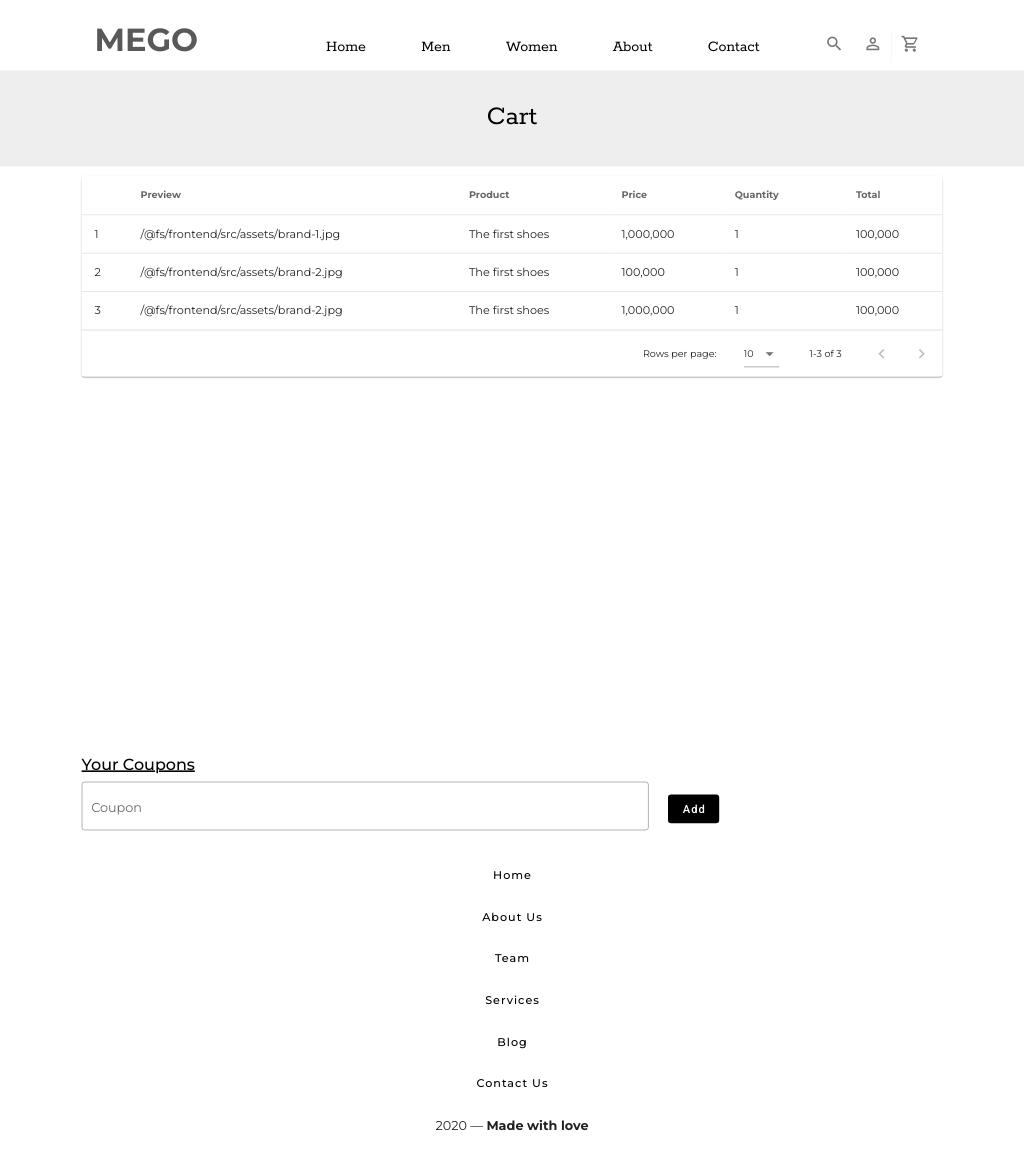
Repository: nguyenphuong152/shoesstore
Page: /cart (app in frontend/)
The author's editor kept a copy of each file at every save. The page is drawn from the files as they stood at one save, then again after the next save.
The browser window is 1280 px wide. The pictures show the whole page, at 80% of full size.
The project was rebuilt for these pictures with package versions that can differ from the ones it lists, and the page was loaded fresh each time. Also part of the build but not shown: frontend/vue.config.js, frontend/src/components/Customer/Collection.vue, frontend/src/components/Customer/Banner.vue, frontend/src/components/Customer/BestSeller.vue, frontend/src/components/Customer/Partner.vue, frontend/src/views/Customer/Home.vue, frontend/src/components/Customer/ProductCategory.vue, frontend/src/components/Customer/ProductView.vue and 10 more. Imported but missing from the stored project, and not drawn on this page: frontend/src/views/Admin/Category.vue, frontend/src/views/Admin/ManageProduct.vue, frontend/src/views/Admin/ManageUser.vue, frontend/src/views/Admin/OrderList.vue.

Above is the page before, as saved 2020-11-28 10:14:56.

### frontend/public/index.html
<!DOCTYPE html>
<html lang="en">
  <head>
    <meta charset="utf-8">
    <head>
      <title>MEGO</title>
    </head>
    <meta http-equiv="X-UA-Compatible" content="IE=edge">
    <meta name="viewport" content="width=device-width,initial-scale=1.0">
    <link rel="icon" href="<%= BASE_URL %>favicon.ico">
    <title><%= htmlWebpackPlugin.options.title %></title>
    <link href="https://fonts.googleapis.com/css?family=Montserrat:300,400,500,600,700" rel="stylesheet">
    <link href="https://fonts.googleapis.com/css?family=Rokkitt:100,300,400,700" rel="stylesheet">
    <link rel="stylesheet" href="https://fonts.googleapis.com/css?family=Roboto:100,300,400,500,700,900">
    <link rel="stylesheet" href="https://cdn.jsdelivr.net/npm/@mdi/font@latest/css/materialdesignicons.min.css">
  </head>
  <body>
    <noscript>
      <strong>We're sorry but <%= htmlWebpackPlugin.options.title %> doesn't work properly without JavaScript enabled. Please enable it to continue.</strong>
    </noscript>
    <div id="app"></div>
    <!-- built files will be auto injected -->
  </body>
</html>

### frontend/src/main.js
import Vue from 'vue'
import App from './App.vue'
import vuetify from './plugins/vuetify';
import router from './router'
import '../sass/style.scss'
import 'bootstrap/dist/css/bootstrap.css'
import 'bootstrap-vue/dist/bootstrap-vue.css'
import { BootstrapVue, IconsPlugin } from 'bootstrap-vue'

Vue.use(BootstrapVue)
// Optionally install the BootstrapVue icon components plugin
Vue.use(IconsPlugin)
Vue.config.productionTip = false

new Vue({
  vuetify,
  router,
  render: h => h(App)
}).$mount('#app')

### frontend/src/App.vue
<template>
  <v-app app>
    <v-container v-if="!['Admin', 'Banner', 'Category','Product','ManageUser','OrderList','Dashboard'].includes($route.name)">
      <Toolbar />
    </v-container>
    <v-main>
      <router-view></router-view>
    </v-main>
      <Footer v-if="!['Admin', 'Banner', 'Category','Product','ManageUser','OrderList','Dashboard'].includes($route.name)"/>
  </v-app>

</template>

<script>

import Footer from "./components/Customer/Footer";
import Toolbar from "./components/Customer/Toolbar";

export default {
  name: "App",

  components: {
    Toolbar,
    Footer
  },

  data: () => ({
    //
  }),
};
</script>

### frontend/src/plugins/vuetify.js
import Vue from 'vue';
import Vuetify from 'vuetify/lib';


Vue.use(Vuetify);

const vuetify = new Vuetify({
    theme: {
      themes: {
        light: {
          primary: '#000',
          secondary: '#b0bec5',
          accent: '#8c9eff',
          error: '#b71c1c',
        },
      },
    },
  })

export default new Vuetify({
    vuetify,
});

### frontend/src/router/index.js
import Vue from "vue";
import VueRouter from "vue-router";
import Home from "../views/Customer/Home.vue";
import Men from "../views/Customer/Men.vue";
import Women from "../views/Customer/Women.vue";
import Admin from "../views/Admin/Admin.vue";
import Product from "../views/Admin/ManageProduct.vue";
import Banner from "../views/Admin/Banner.vue";
import Category from "../views/Admin/Category.vue";
import ManageUser from "../views/Admin/ManageUser.vue";
import OrderList from "../views/Admin/OrderList.vue";
import Dashboard from "../views/Admin/Dashboard.vue"
//import ProductDetail from "../views/ProductDetail.vue"

Vue.use(VueRouter);

const routes = [
  {
    path: "/",
    name: "Home",
    component: Home,
  },
  {
    path: "/men",
    name: "Men",
    component: Men,
  },
  {
    path: "/women",
    name: "Women",
    component: Women,
  },
  {
    path: "/about",
    name: "About",
    // route level code-splitting
    // this generates a separate chunk (about.[hash].js) for this route
    // which is lazy-loaded when the route is visited.
    component: () =>
      import(/* webpackChunkName: "about" */ "../views/Customer/About.vue"),
  },
  {
    path: "/contact",
    name: "Contact",
    component: () =>
      import(/* webpackChunkName: "about" */ "../views/Customer/Contact.vue"),
  },
  {
    path: "/cart",
    name: "Cart",
    component: () =>
      import(/* webpackChunkName: "about" */ "../views/Customer/Cart.vue"),
  },
  {
    path: "/account",
    name: "Account",
    component: () =>
      import(/* webpackChunkName: "about" */ "../views/Customer/Account.vue"),
  },
  {
    path: "/userlogin",
    name: "UserLogin",
    component: () =>
      import(/* webpackChunkName: "about" */ "../views/Customer/UserLogin.vue"),
  },
  {
    path: "/checkout",
    name: "Checkout",
    component: () =>
      import(/* webpackChunkName: "about" */ "../views/Customer/Checkout.vue"),
  },
  {
    path: "/product/:id",
    name: "ProductDetail",
    component: () =>
      import(/* webpackChunkName: "about" */ "../views/Customer/ProductDetail.vue"),
  },
  {
    path: "/admin",
    name: "Admin",
    component: Admin,
    children: [
      {
        path: "/banner",
        name: "Banner",
        component: Banner,
      },
      {
        path: "/category",
        name: "Category",
        component: Category,
      },
      {
        path: "/product",
        name: "Product",
        component: Product,
      },
      {
        path: "/manageuser",
        name: "ManageUser",
        component: ManageUser,
      },
      {
        path: "/orderlist",
        name: "OrderList",
        component: OrderList,
      },
      {
        path: "/dashboard",
        name: "Dashboard",
        component: Dashboard,
      },
    ],
  },
];

const router = new VueRouter({
  mode: "history",
  base: process.env.BASE_URL,
  routes,
});

export default router;

### frontend/sass/style.scss

$font-primary: 'Montserrat',
Arial,
sans-serif;
$font-secondary: 'Rokkitt',
Georgia,
serif;


@import '~vuetify/src/styles/styles.sass';

// Overrides
$grid-gutter-width: 20px !default;
$border-radius-base: 4px !default;
$padding-base-vertical: 14px !default;

$brand-primary: #616161 !default;
$brand-secondary: #88c8bc !default;
$brand-yellow: #FFDD00 !default;
$brand-footer-color: #2C2E3E;

$brand-white: #fff;
$brand-black: #000;
$brand-darker: #444;
$brand-gray: #ccc;
$brand-lighter: #e9e9e9;
$brand-body-color: #e8e8e8;
$brand-selection-color: #f9f6f0;
$brand-overlay-color: #4c4a8a;
$brand-bg-color: $brand-white;

.v-btn {
  text-transform:none !important;
}
// .v-text-field{
//   width: 50px;
//   height: 10px;
// }

#app {
  -webkit-font-smoothing: antialiased;
  -moz-osx-font-smoothing: grayscale;

  text-align: center;
  .container {
    max-width: 1100px;
  }
  font: 300
}

.nav {
  padding-left: 0px;
  a {
    font-size: 20px;
    color: lighten($brand-black,35%);
    font-family: $font-secondary;
    text-decoration: none;
    font-weight: 500;
    &.router-link-exact-active {
      color: #42b983;
    }

  }
}

#logo {
  font-size: 40px;
  font-weight: 700;
  font-family: $font-primary;
  color: lighten($brand-black, 35%);
}


.slogan {
  font-size: 50px;
  color: #2c3e50;
  font-family: $font-secondary;
  text-decoration: none;
}

.title-collection{
  @extend .slogan;
  font-size: 25px;
}


.slogan-3 {
  @extend .slogan;
  font-size: 35px;
}

.title-shoes {
  @extend .slogan;
  font-size: 20px;
}


.footer-text {
  font-family:$font-primary;
  font-size: 16px;
}

.admin {
  font-family: $font-primary;
  font-size:16px;
}

.admin-nav {
  font-family: $font-primary !important;
  font-size: 20px !important;
  color: white !important;
}

### frontend/src/components/Customer/Footer.vue
<template>
  <v-footer class="white" padless>
    <v-row justify="center" no-gutters>
      <v-btn
        v-for="link in links"
        :key="link"
        color="black"
        text
        rounded
        class="my-2 footer-text"
      >
        {{ link }}
      </v-btn>
      <v-col class="white py-4 text-center fluid footer-text" cols="12">
        {{ new Date().getFullYear() }} — <strong>Made with love</strong>
      </v-col>
    </v-row>
  </v-footer>
</template>

<script>
export default {
  data: () => ({
    links: ["Home", "About Us", "Team", "Services", "Blog", "Contact Us"],
  }),
};
</script>

<style></style>

### frontend/src/components/Customer/Toolbar.vue
<template>
  <v-toolbar flat>
    <v-row class="d-flex align-baseline">
      <v-col cols="3" class="d-flex justify-lg-start">
        <v-toolbar-title id="logo">MEGO</v-toolbar-title>
      </v-col>
      <v-col class="d-flex justify-space-around text-start nav">
        <router-link to="/">Home</router-link>
        <router-link to="/men">Men</router-link>
        <router-link to="/women">Women</router-link>
        <router-link to="/about">About</router-link>
        <router-link to="/contact">Contact</router-link>
      </v-col>
      <v-col cols="2" class="d-flex justify-end">
        <v-btn icon>
          <v-icon>mdi-magnify</v-icon>
        </v-btn>
        <v-menu
          open-on-hover
          top
          offset-y
          :position-x="960"
          :position-y="230"
          absolute
        >
          <template v-slot:activator="{ on, attrs }">
            <v-btn icon v-bind="attrs" v-on="on">
              <v-icon>mdi-account-outline</v-icon>
            </v-btn>
          </template>

          <v-list class="text-start nav">
            <v-list-item v-for="(item, index) in routes" :key="index" :to="item.path">
              <v-list-item-title>{{ item.name }}</v-list-item-title>
            </v-list-item>
          </v-list>
        </v-menu>
        <v-divider vertical inset></v-divider>
        <v-btn icon @click="goToCart">
          <v-icon>mdi-cart-outline</v-icon>
        </v-btn>
      </v-col>
    </v-row>
  </v-toolbar>
</template>

<script>
export default {
  data: () => ({
    routes: [
      {
        path:"/checkout",
        name:"Check Out"
       },
       {
        path:"/account",
        name:"My Account"
       },
       {
        path:"/userlogin",
        name:"User Login"
       },

    ],
  }),
  methods: {
     goToCart: function() {
     this.$router.push({name: 'Cart'})
     }
  }
};
</script>

<style></style>

### frontend/src/views/Customer/Cart.vue
<template>
  <div class="cart app">
    <v-sheet color="grey lighten-3" height="120">
      <v-container py-8>
        <a class="slogan-3">Cart</a>
      </v-container>
    </v-sheet>
    <div>
      <v-container>
        <v-row>
          <totalProducts />
           <addCoupons />
        </v-row>
        <v-row>

        </v-row>
      </v-container>
    </div>
  </div>
</template>

<script>
import totalProducts from "../../components/Customer/TotalProducts";
import addCoupons from "../../components/Customer/AddCoupon";

export default {
  components: { totalProducts, addCoupons },
  data() {},
};
</script>

### frontend/src/components/Customer/TotalProducts.vue
<template>
  <div id="app">
    <v-app id="inspire">
      <v-data-table :headers="headers" :items="products" class="elevation-1 admin">
        <template v-slot:item.preview>
          <v-img
            lazy-src="item.path"
            max-height="100"
            max-width="100"
            src="'item.path'"
          ></v-img>
        </template>
      </v-data-table>
    </v-app>
  </div>
</template>

<script>
export default {
  data() {
    return {
      headers: [
        {
          text: "",
          align: "start",
          sortable: false,
          value: "id",
        },
        { text: "Preview", value: "path" },
        { text: "Product", value: "name" },
        { text: "Price", value: "price" },
        { text: "Quantity", value: "quantity" },
        { text: "Total", value: "total" },
      ],
      products: [
        {
          id: 1,
          path: require('../../assets/brand-1.jpg'),
          name: "The first shoes",
          price: Intl.NumberFormat('en-EN', { maximumSignificantDigits: 3 }).format(1000000),
          quantity: 1,
          total: Intl.NumberFormat('en-EN', { maximumSignificantDigits: 3 }).format(100000),
        },
        {
          id: 2,
          path: require('../../assets/brand-2.jpg'),
          name: "The first shoes",
          price:Intl.NumberFormat('en-EN', { maximumSignificantDigits: 3 }).format(100000),
          quantity: 1,
          total: Intl.NumberFormat('en-EN', { maximumSignificantDigits: 3 }).format(100000)
        },
        {
         id: 3,
          path: require('../../assets/brand-2.jpg'),
          name: "The first shoes",
          price: Intl.NumberFormat('en-EN', { maximumSignificantDigits: 3 }).format(1000000),
          quantity: 1,
          total:Intl.NumberFormat('en-EN', { maximumSignificantDigits: 3 }).format(100000),
        },
      ],
    };
  },
};
</script>

<style></style>

### frontend/src/components/Customer/AddCoupon.vue
<template>
  <div class="app text-start pt-0">
      <a class="admin-nav font-weight-medium black--text">Your Coupons</a>
      <v-row class="d-flex align-baseline">
           <v-col
          cols="8"
        >
          <v-text-field
          class="admin"
            label="Coupon"
            outlined
          ></v-text-field>
        </v-col>
         <v-col
        >
           <v-btn
      depressed
      color="primary"
    >
      Add
    </v-btn>
        </v-col>
      </v-row>
  </div>
</template>

<script>
export default {

}
</script>

<style>

</style>

After the next save:
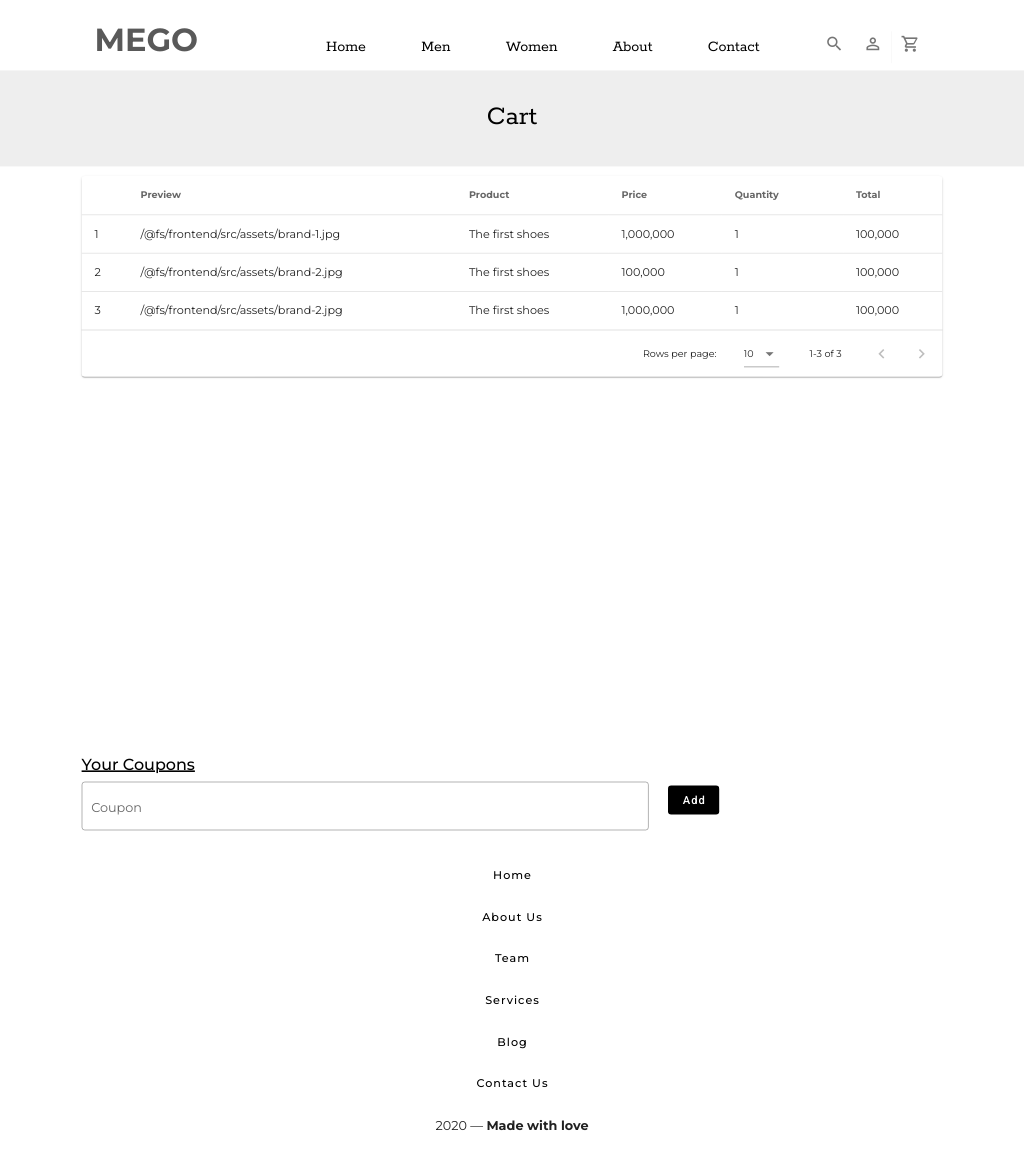
Saved 18 s later.
--- a/frontend/src/components/Customer/AddCoupon.vue
+++ b/frontend/src/components/Customer/AddCoupon.vue
@@ -1,7 +1,7 @@
 <template>
-  <div class="app text-start pt-0">
+  <div class="app text-start">
       <a class="admin-nav font-weight-medium black--text">Your Coupons</a>
-      <v-row class="d-flex align-baseline">
+      <v-row >
            <v-col
           cols="8"
         >

After the save that followed:
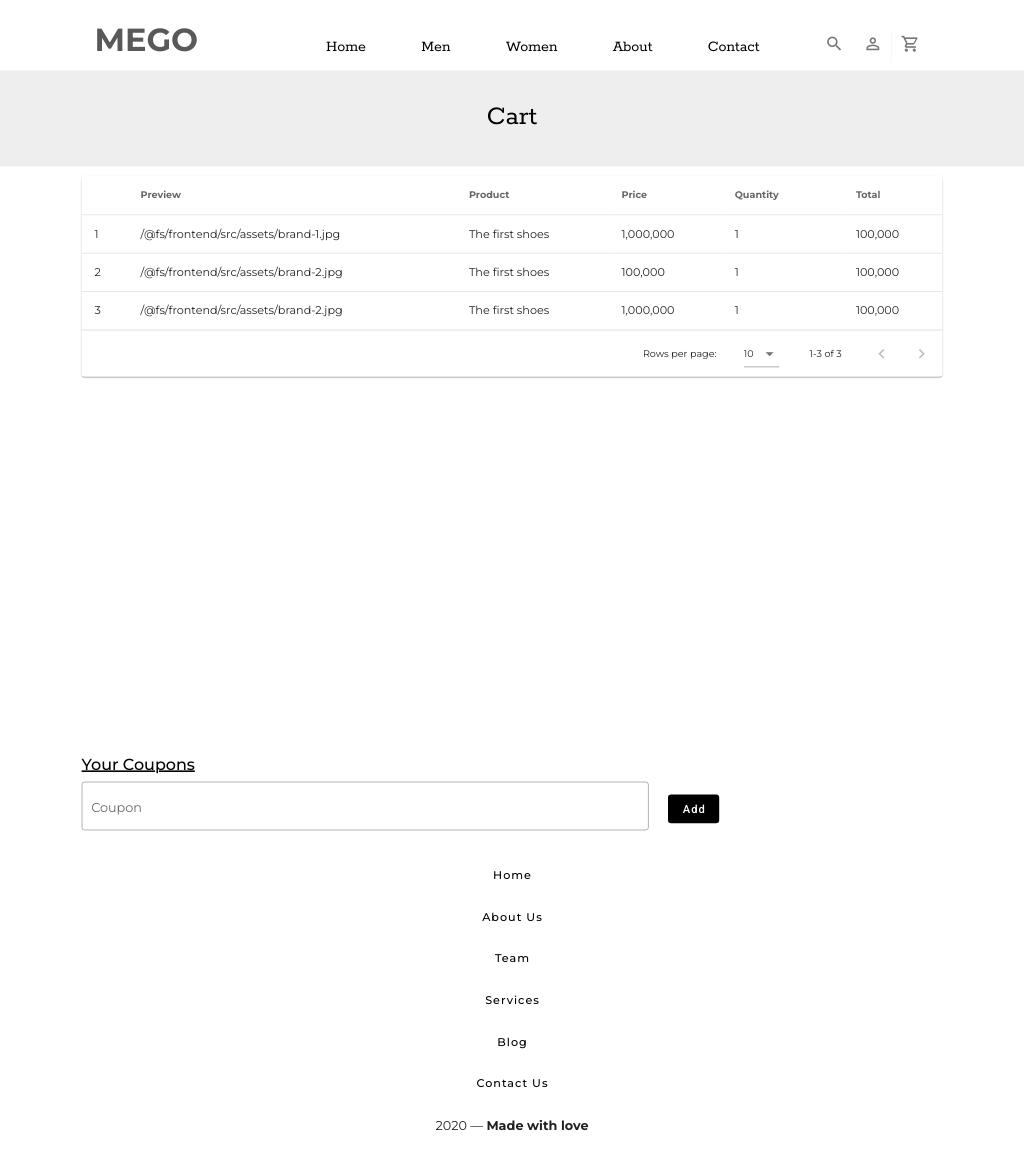
Saved 29 s later.
--- a/frontend/src/components/Customer/AddCoupon.vue
+++ b/frontend/src/components/Customer/AddCoupon.vue
@@ -1,7 +1,7 @@
 <template>
   <div class="app text-start">
       <a class="admin-nav font-weight-medium black--text">Your Coupons</a>
-      <v-row >
+      <v-row class="d-flex align-baseline">
            <v-col
           cols="8"
         >
